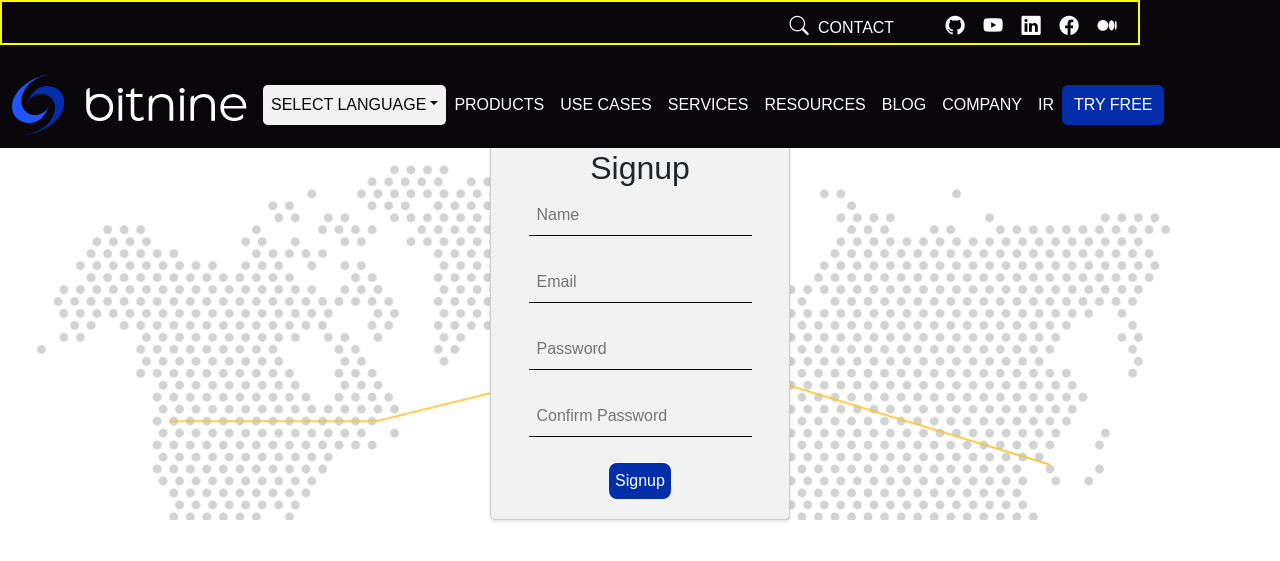
Repository: devblackie/signinpage
Page: /
An editor plug-in stored every save of this project. The page is shown before and after the next save, followed by the edit.
The browser window is 1280 px wide. The pictures show the whole page.
Some web fonts or font styles are not loaded; a fallback is used. The project was rebuilt for these pictures with package versions that can differ from the ones it lists, and the page was loaded fresh each time. Also part of the build but not shown: vite.config.js, src/components/Login.jsx, src/components/Dashboard.jsx, src/components/Home.jsx, src/components/ProtectedDashboard.jsx.

Above is the page before, as saved 2023-08-28 17:43:27.

After the next save:
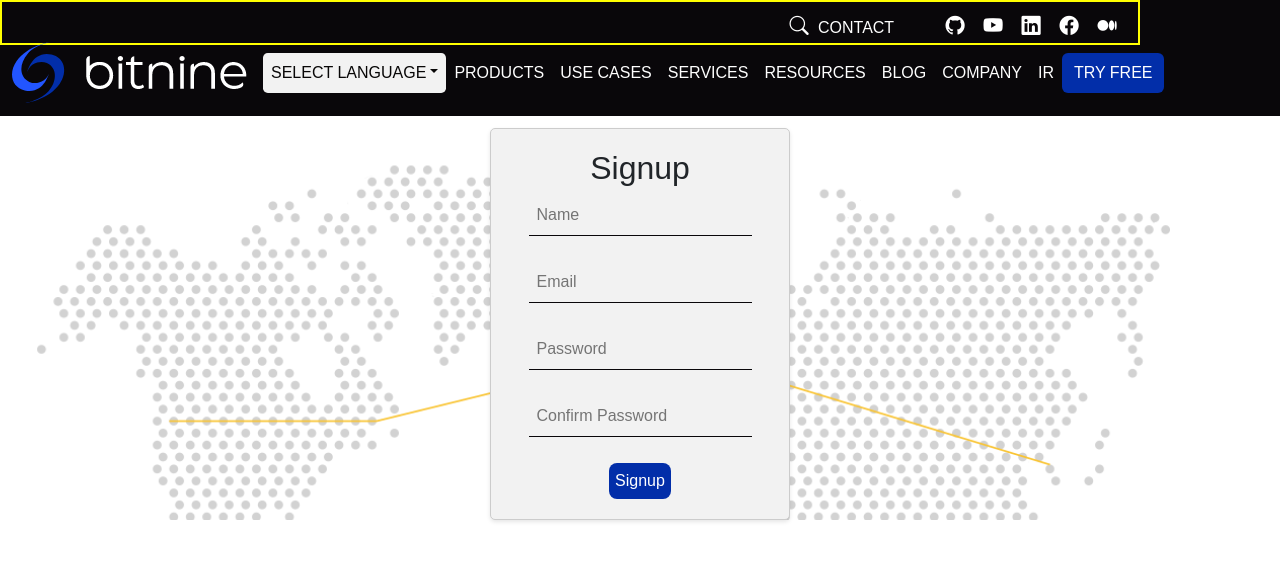
Saved 7 s later.
--- a/src/components/style/navbar.css
+++ b/src/components/style/navbar.css
@@ -19,7 +19,7 @@
 }
 .topbar .container {
   border: 2px solid yellow;
-  margin: 0 0 1rem 0;
+  margin: 0 0 -1rem 0;
 
 }
 
